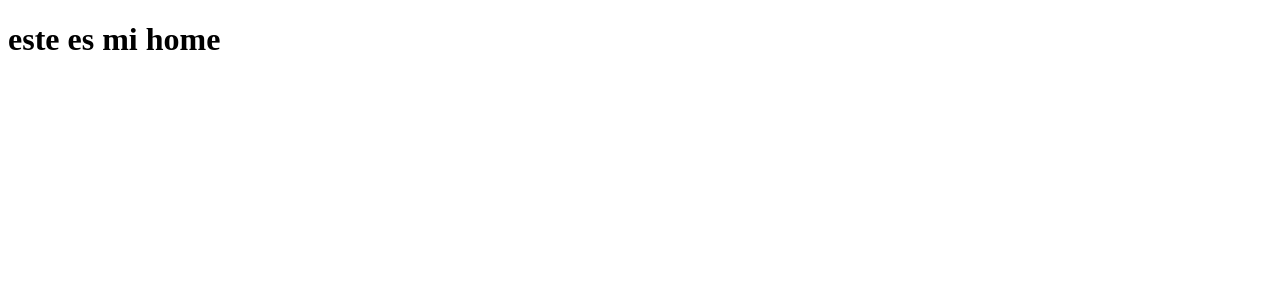
Repository: mauro8778/TurnoClinica
Page: / (app in front/vite-project/)
These files come from the project's save history. The page is drawn as it stood at one moment and after the next save; the edit follows.
The browser window is 1280 px wide. The pictures show the whole page.
The project was rebuilt for these pictures with package versions that can differ from the ones it lists, and the page was loaded fresh each time. Also part of the build but not shown: front/vite-project/vite.config.js.

Above is the page before, as saved 2024-04-11 18:01:10.

After the next save:
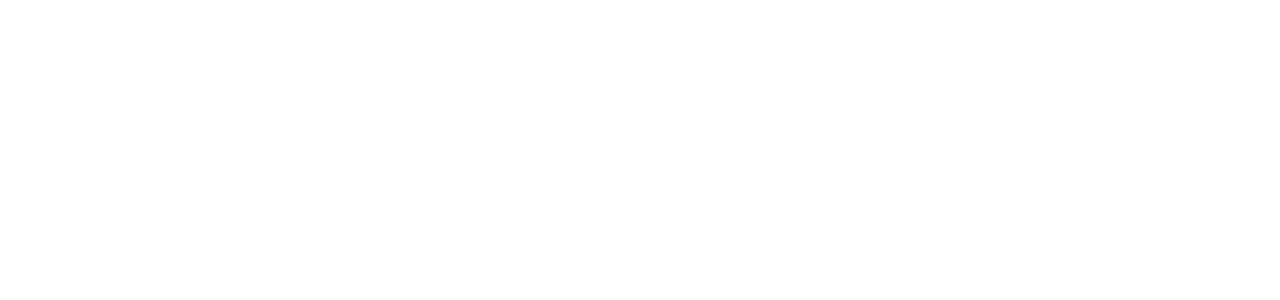
Saved 15 s later.
--- a/front/vite-project/src/App.jsx
+++ b/front/vite-project/src/App.jsx
@@ -1,5 +1,5 @@
 import NavBar from "./components/NavBar";
-import Home from "./views/home";
+import Home from "./components/NavBar";
 
 function App() {
 

After the save that followed:
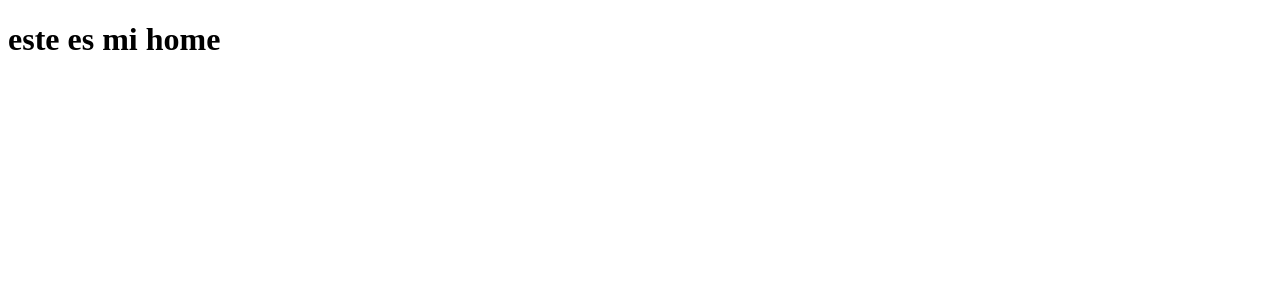
Saved 27 s later.
--- a/front/vite-project/src/App.jsx
+++ b/front/vite-project/src/App.jsx
@@ -1,5 +1,5 @@
 import NavBar from "./components/NavBar";
-import Home from "./components/NavBar";
+import Home from "./views/home";
 
 function App() {
 
